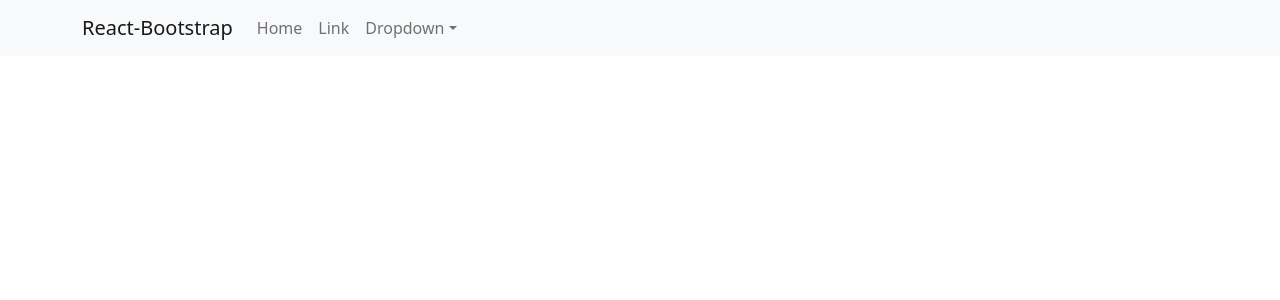
Repository: nnbxxx/-Redux-Ultimate---Redux
Page: /
The author's editor kept a copy of each file at every save. The page is drawn from the files as they stood at one save, then again after the next save.
The browser window is 1280 px wide. The pictures show the whole page.
The page's requests for data from a server got no answer. The project was rebuilt for these pictures with package versions that can differ from the ones it lists, and the page was loaded fresh each time. No one was signed in, and anything a server would have sent is missing.

Above is the page before, as saved 2023-04-22 08:02:17.

### src/index.js
import React from "react";
import ReactDOM from "react-dom";
import "./index.css";
import App from "./App";
import reportWebVitals from "./reportWebVitals";
import { Provider } from "react-redux";
import store from "./redux/store";
import "bootstrap/dist/css/bootstrap.min.css";
ReactDOM.render(
  <Provider store={store}>
    <React.StrictMode>
      <App />
    </React.StrictMode>
  </Provider>,
  document.getElementById("root")
);

// If you want to start measuring performance in your app, pass a function
// to log results (for example: reportWebVitals(console.log))
// or send to an analytics endpoint. Learn more: https://bit.ly/CRA-vitals
reportWebVitals();

### src/App.js
import logo from "./logo.svg";
// import "./App.css";
import { increaseCounter, decreaseCounter } from "./action/actions.js";
import { connect, useDispatch, useSelector } from "react-redux";
import axios from "axios";
import { useEffect } from "react";
import Home from "./components/Home";
function App(props) {
  const dispatch = useDispatch();
  const count = useSelector((state) => {
    return state.counter.count;
  });
  const fetchAllUser = async () => {
    const re = await axios.get("http://localhost:8080/users/all");
    const data = re && re.data ? re.data : [];
  };
  useEffect(() => {
    fetchAllUser();
  }, []);
  return (
    <div className='App'>
      {/* <header className='App-header'>
        <img src={logo} className='App-logo' alt='logo' />
        <h1>Hello world with React and Hoi Dan IT!</h1>
        <div>Count: {count}</div>

        <button onClick={() => dispatch(increaseCounter())}>
          Increase Count
        </button>

        <button onClick={() => dispatch(decreaseCounter())}>
          Decrease Count
        </button>
      </header> */}
      <Home />
    </div>
  );
}
// const mapStateToProps = (state) => {
//   return {
//     count: state.counter.count,
//   };
// };

// const mapDispatchToProps = (dispatch) => {
//   return {
//     increaseCounter: () => dispatch(increaseCounter()),

//     decreaseCounter: () => dispatch(decreaseCounter()),
//   };
// };

// export default connect(mapStateToProps, mapDispatchToProps)(App);
export default App;

### src/redux/store.js
import { createStore } from "redux";

import rootReducer from "../reducer/rootReducer.js";
import { composeWithDevTools } from "redux-devtools-extension";
const store = createStore(rootReducer, composeWithDevTools());

export default store;

### src/action/actions.js
import { INCREMENT, DECREMENT } from "./types.js";

export const increaseCounter = () => {
  return {
    type: INCREMENT,
  };
};

export const decreaseCounter = () => {
  return {
    type: DECREMENT,
  };
};

### src/components/Home.js
import Container from "react-bootstrap/Container";
import Nav from "react-bootstrap/Nav";
import Navbar from "react-bootstrap/Navbar";
import NavDropdown from "react-bootstrap/NavDropdown";
const Home = (props) => {
  return (
    <>
      {" "}
      <Navbar bg='light' expand='lg'>
        <Container>
          <Navbar.Brand href='#home'>React-Bootstrap</Navbar.Brand>
          <Navbar.Toggle aria-controls='basic-navbar-nav' />
          <Navbar.Collapse id='basic-navbar-nav'>
            <Nav className='me-auto'>
              <Nav.Link href='#home'>Home</Nav.Link>
              <Nav.Link href='#link'>Link</Nav.Link>
              <NavDropdown title='Dropdown' id='basic-nav-dropdown'>
                <NavDropdown.Item href='#action/3.1'>Action</NavDropdown.Item>
                <NavDropdown.Item href='#action/3.2'>
                  Another action
                </NavDropdown.Item>
                <NavDropdown.Item href='#action/3.3'>
                  Something
                </NavDropdown.Item>
                <NavDropdown.Divider />
                <NavDropdown.Item href='#action/3.4'>
                  Separated link
                </NavDropdown.Item>
              </NavDropdown>
            </Nav>
          </Navbar.Collapse>
        </Container>
      </Navbar>
    </>
  );
};
export default Home;

### src/reducer/rootReducer.js
import { combineReducers } from "redux";

import counterReducer from "./counterReducer.js";

const rootReducer = combineReducers({
  counter: counterReducer,
});

export default rootReducer;

### src/action/types.js
export const INCREMENT = "INCREMENT";

export const DECREMENT = "DECREMENT";

### src/reducer/counterReducer.js
import { INCREMENT, DECREMENT } from "../action/types.js";

const INITIAL_STATE = {
  count: 0,
};

const reducer = (state = INITIAL_STATE, action) => {
  switch (action.type) {
    case INCREMENT:
      return {
        ...state,
        count: state.count + 1,
      };

    case DECREMENT:
      return {
        ...state,
        count: state.count - 1,
      };

    default:
      return state;
  }
};

export default reducer;

Loaded but not shown: public/index.html (common file); src/index.css (common file); src/reportWebVitals.js (common file)

After the next save:
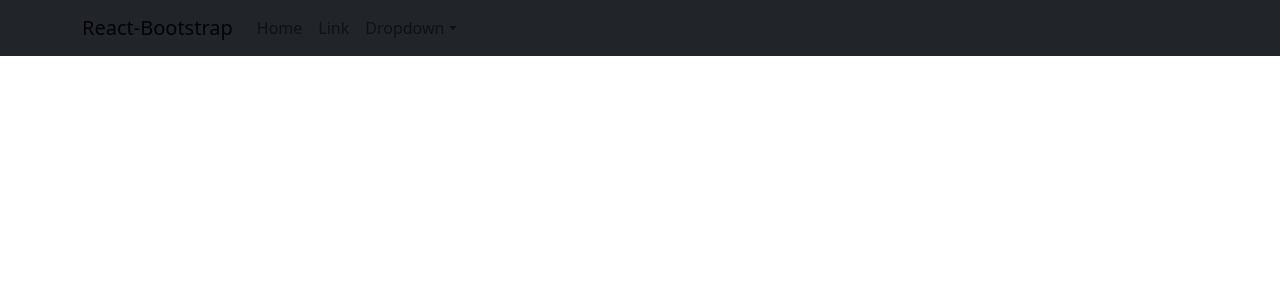
Saved 99 s later.
--- a/src/components/Home.js
+++ b/src/components/Home.js
@@ -6,7 +6,7 @@
   return (
     <>
       {" "}
-      <Navbar bg='light' expand='lg'>
+      <Navbar bg='dark' expand='lg'>
         <Container>
           <Navbar.Brand href='#home'>React-Bootstrap</Navbar.Brand>
           <Navbar.Toggle aria-controls='basic-navbar-nav' />

After the save that followed:
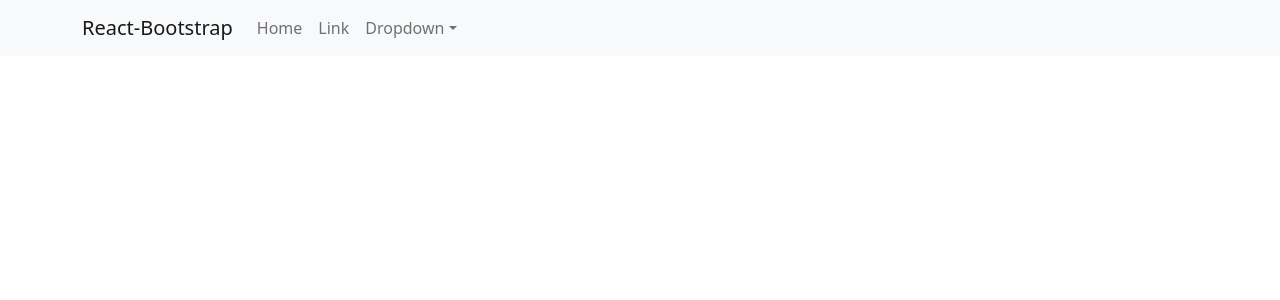
Saved 27 s later.
--- a/src/components/Home.js
+++ b/src/components/Home.js
@@ -6,7 +6,7 @@
   return (
     <>
       {" "}
-      <Navbar bg='dark' expand='lg'>
+      <Navbar bg='light' expand='lg'>
         <Container>
           <Navbar.Brand href='#home'>React-Bootstrap</Navbar.Brand>
           <Navbar.Toggle aria-controls='basic-navbar-nav' />
